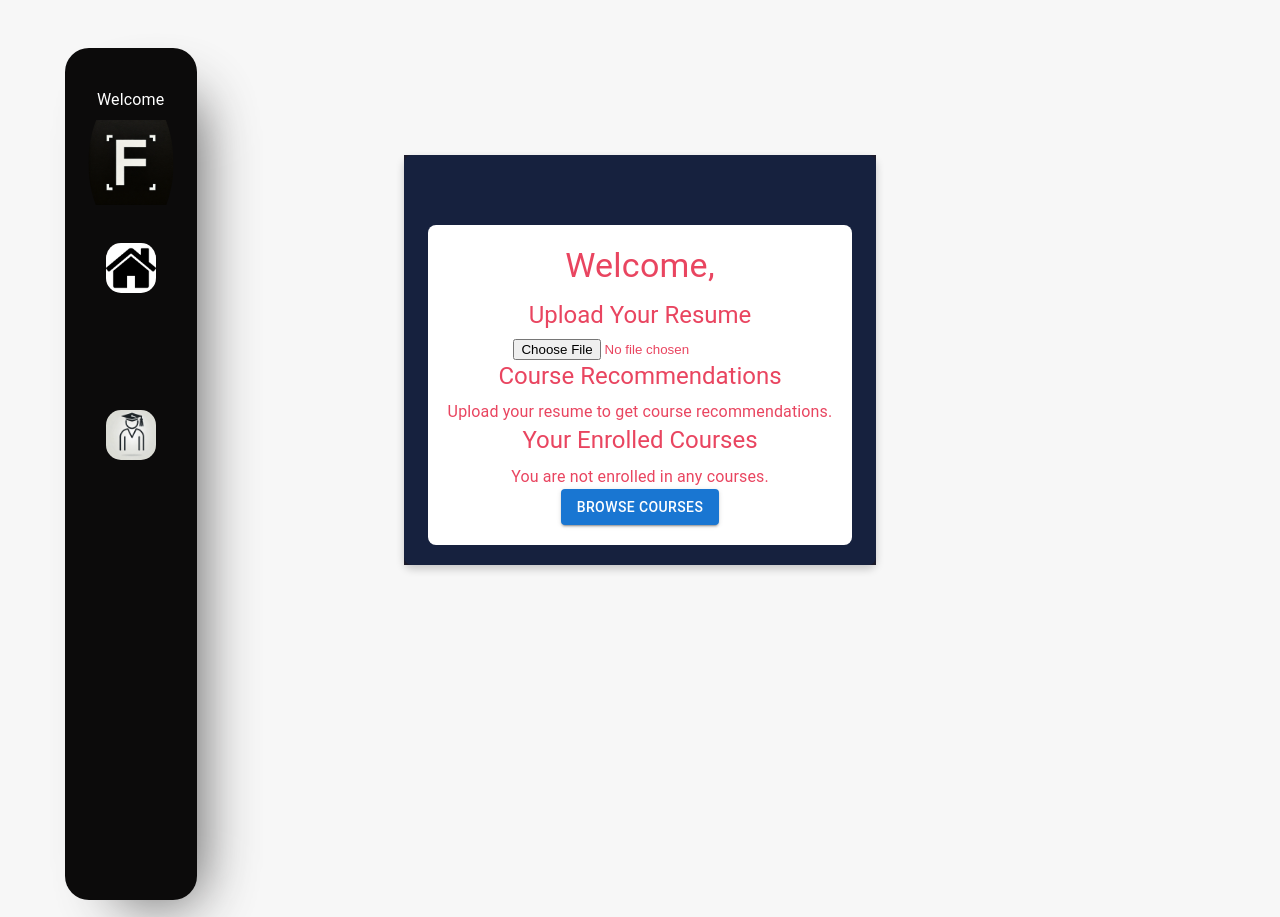
Repository: jvt2/OnlineCourseApp
Page: /dashboard
The author's editor kept a copy of each file at every save. The page is drawn from the files as they stood at one save, then again after the next save.
The browser window is 1280 px wide. The pictures show the whole page.
The page's requests for data from a server got no answer. The project was rebuilt for these pictures with package versions that can differ from the ones it lists, and the page was loaded fresh each time. No one was signed in, and anything a server would have sent is missing. Also part of the build but not shown: src/features/auth/Register.js, src/features/auth/Login.js, src/features/courses/ResumeUpload.js, src/features/courses/CourseRecommendations.js, src/components/common/MyModal.js, src/features/courses/CourseCatalog.js, src/features/courses/CourseDetail.js, src/components/common/Navbar.js and 3 more. Imported but missing from the stored project, and not drawn on this page: src/app/reportWebVitals.

Above is the page before, as saved 2024-07-15 10:21:24.

### src/index.js
import React from 'react';
import ReactDOM from 'react-dom/client';
import { Provider } from 'react-redux';
import store from './redux/store';
import './index.css';
import App from './app/App';
import reportWebVitals from './app/reportWebVitals';

const root = ReactDOM.createRoot(document.getElementById('root'));
root.render(
  <React.StrictMode>
    <App />
  </React.StrictMode>
);

// If you want to start measuring performance in your app, pass a function
// to log results (for example: reportWebVitals(console.log))
// or send to an analytics endpoint. Learn more: https://bit.ly/CRA-vitals
reportWebVitals();

### src/redux/store.js
// src/redux/store.js

import { configureStore } from '@reduxjs/toolkit';
import userReducer from './userReducer';

const store = configureStore({
  reducer: {
    user: userReducer,
  },
});

export default store;

### src/app/App.js
import { BrowserRouter as Router, Route, Routes } from 'react-router-dom';
import React, { useState } from 'react';
import logo from '../logo.svg';
import './App.css';
import Register from '../features/auth/Register';
import Login from '../features/auth/Login';
import CourseCatalog from '../features/courses/CourseCatalog';
import CourseDetail from '../features/courses/CourseDetail';
import UserDashboard from '../features/dashboard/Dashboard';
import Navbar from '../components/common/Navbar';
import { Provider } from 'react-redux';
import store from '../redux/store'; // import your Redux store here
import Logout from '../features/auth/Logout'; // Import the Logout component
import Chatbot from '../features/chatbot/Chatbot';
import CourseRecommendations from '../features/courses/CourseRecommendations';
import axios from 'axios';
import ResumeUpload from '../features/courses/ResumeUpload';
import LandingPage from '../components/common/LandingPage';

function App() {
  const [loggedIn, setLoggedIn] = useState(false);
  const [users, setUsers] = useState([]);
  const [currentUser, setCurrentUser] = useState(null);
  const [recommendations, setRecommendations] = useState([]);

  const handleResumeUpload = (newRecommendations) => {
    console.log('New Recommendations:', newRecommendations);
    setRecommendations(newRecommendations);
  };

  const [courses, setCourses] = useState([
    {id: 1, name: 'Course 1', description: 'This is course 1'},
    {id: 2, name: 'Course 2', description: 'This is course 2'}
  ]);

  const handleRegister = async (username, password) => {
    try {
      const response = await axios.post('http://localhost:3001/register', { username, password });
      alert(response.data.message);
      // Log in the new user if registration is successful
      handleLogin(username, password);
    } catch (error) {
      alert(error.response.data.message);
    }
  };

  const handleLogin = async (username, password) => {
    try {
      const response = await axios.post('http://localhost:3001/login', { username, password });
      localStorage.setItem('token', response.data.token);
      setLoggedIn(true);
      setCurrentUser({ username });
    } catch (error) {
      alert('Login failed. Please check your username and password.');
    }
  };

  const handleEnroll = async (course) => {
    try {
      const token = localStorage.getItem('token');
      await axios.post('http://localhost:3001/enroll', { courseId: course.id }, {
        headers: { 'Authorization': `Bearer ${token}` }
      });
      setEnrolledCourses([...enrolledCourses, course]);
    } catch (error) {
      console.error('Enrollment failed', error);
    }
  };

  const [enrolledCourses, setEnrolledCourses] = useState([]);
  const [isModalOpen, setIsModalOpen] = useState(false);

  const handleSelectRecommendation = (recommendation) => {
    const newCourse = {
      id: courses.length + 1,
      name: recommendation.text,
      description: 'This is a recommended course based on your resume.'
    };

    setCourses([...courses, newCourse]);
    setEnrolledCourses([...enrolledCourses, newCourse]);
    setIsModalOpen(false);
  };

  return (
    <Provider store={store}>
      <Router>
        <div className="App">
          <Routes>
            <Route path="/" element={<LandingPage />} />
            <Route path="/register" element={<Register />} />
            <Route path="/login" element={<Login />} />
            <Route path="/dashboard" element={<UserDashboard />} /> {/* Added this line */}
          </Routes>
        </div>
      </Router>
    </Provider>
  );
}

export default App;

### src/redux/userReducer.js
// src/redux/userReducer.js
// src/redux/userReducer.js
import { createSlice } from '@reduxjs/toolkit';

const initialState = {
  id: null,
  email: null,
  token: null,
};

const userSlice = createSlice({
  name: 'user',
  initialState,
  reducers: {
    logIn(state, action) {
      state.id = action.payload.id;
      state.email = action.payload.email;
      state.token = action.payload.token;
    },
    logOut(state) {
      state.id = null;
      state.email = null;
      state.token = null;
    },
  },
});

export const { logIn, logOut } = userSlice.actions;
export default userSlice.reducer;

### src/app/App.css
/* App.css */
:root {
  --primary-bg-color: #1E1E2F;
  --secondary-bg-color: #282840;
  --primary-text-color: #F5F5F5;
  --link-color: #61dafb;
  --accent-color: #FF6B6B;
  --navbar-height: 4rem;
  --content-padding: 20px;
  --border-radius: 8px;
  --transition-duration: 0.3s;
  --gradient-bg-color: linear-gradient(120deg, #84fab0 0%, #8fd3f4 100%);
}

.App {
  text-align: center;
  font-family: 'Arial', sans-serif;
  background-color: var(--primary-bg-color);
}

.App-logo {
  height: 40vmin;
  pointer-events: none;
  filter: drop-shadow(0 0 10px var(--accent-color));
}

.App-header {
  background-color: var(--secondary-bg-color);
  min-height: 100vh;
  display: flex;
  flex-direction: column;
  align-items: center;
  justify-content: center;
  font-size: calc(10px + 2vmin);
  color: var(--primary-text-color);
  border-bottom-left-radius: var(--border-radius);
  border-bottom-right-radius: var(--border-radius);
}

.App-link {
  color: var(--link-color);
  transition: color var(--transition-duration);
}

.App-link:hover {
  color: var(--accent-color);
}

@media (prefers-reduced-motion: no-preference) {
  .App-logo {
    animation: App-logo-spin infinite 20s linear;
  }
}

@keyframes App-logo-spin {
  from {
    transform: rotate(0deg);
  }
  to {
    transform: rotate(360deg);
  }
}

.site-navbar {
  display: flex;
  align-items: center;
  background: var(--gradient-bg-color);
  padding: 10px 20px;
  height: var(--navbar-height);
  font-weight: 500;
  box-shadow: 0 4px 6px rgba(0, 0, 0, 0.1);
}

.navbar-nav {
  display: flex;
  align-items: center;
  list-style: none;
  margin: 0;
  padding: 0;
  flex-grow: 1;
  justify-content: center;
}

.nav-item {
  display: flex;
  align-items: center;
  justify-content: center;
  text-decoration: none;
  color: var(--primary-text-color);
  padding: 15px 25px;
  transition: all 0.3s ease-in-out;
  border-radius: var(--border-radius);
  position: relative;
}

.nav-item:before {
  content: '';
  position: absolute;
  top: 0;
  left: 0;
  width: 0;
  height: 100%;
  background: var(--accent-color);
  border-radius: var(--border-radius);
  transition: width 0.3s ease-in-out;
  z-index: -1;
}

.nav-item:hover:before {
  width: 100%;
}

.nav-item:hover {
  color: var(--secondary-bg-color);
  box-shadow: 0 4px 8px rgba(0, 0, 0, 0.2);
  text-decoration: none;
}

.navbar-brand {
  margin-right: auto;
  color: var(--primary-text-color);
  font-size: 1.5em;
  font-weight: bold;
}

.App-content {
  padding: var(--content-padding);
  color: var(--primary-text-color);
}

.App-footer {
  text-align: center;
  padding: var(--content-padding);
  background-color: var(--secondary-bg-color);
  color: var(--primary-text-color);
  box-shadow: 0 -4px 6px rgba(0, 0, 0, 0.1);
}

.course-recommendations {
  width: 80%;
  margin: auto;
  background: #f9f9f9;
  padding: 20px;
  border-radius: 5px;
  box-shadow: 0px 0px 10px rgba(0, 0, 0, 0.1);
}

.course-recommendations h2 {
  text-align: center;
  color: #333;
}

.course-recommendations .course {
  padding: 10px 0;
  border-bottom: 1px solid #eee;
}

.course-recommendations .course:last-child {
  border-bottom: none;
}

.course-recommendations .course button {
  margin-left: 10px;
}

body {
  background-color: #1a1a2e;
  color: #e94560;
}

.MuiContainer-root {
  background-color: #16213e;
  border-radius: 8px;
  padding: 20px;
  box-shadow: 0 4px 8px rgba(0, 0, 0, 0.2);
}

.customTextField .MuiInputBase-input {
  color: #fff;
  background-color: rgba(255, 255, 255, 0.1);
}

.customTextField .MuiInputLabel-root {
  color: rgba(255, 255, 255, 0.7);
}

.customTextField .MuiInputLabel-root.Mui-focused {
  color: #fff;
}

.customTextField .MuiOutlinedInput-root {
  &.Mui-focused .MuiOutlinedInput-notchedOutline {
    border-color: #fff;
  }
  & .MuiOutlinedInput-notchedOutline {
    border-color: rgba(255, 255, 255, 0.5);
  }
}

### src/features/dashboard/Dashboard.js
// src/features/dashboard/Dashboard.js
import React, { useEffect, useState } from 'react';
import axios from 'axios';
import { useSelector } from 'react-redux';
import { Container, Typography, Button, Box, List, ListItem, ListItemText } from '@mui/material';
import { useNavigate } from 'react-router-dom';
import './Dashboard.css'; // Correct import for CSS

function Dashboard() {
  const [enrolledCourses, setEnrolledCourses] = useState([]);
  const [recommendations, setRecommendations] = useState([]);
  const token = useSelector(state => state.user.token);
  const userId = useSelector(state => state.user.id);
  const userEmail = useSelector(state => state.user.email);
  const navigate = useNavigate();

  useEffect(() => {
    const fetchEnrolledCourses = async () => {
      try {
        const response = await axios.get(`http://localhost:3001/user/${userId}/courses`, {
          headers: { Authorization: `Bearer ${token}` }
        });
        setEnrolledCourses(response.data);
      } catch (error) {
        console.error('Error fetching enrolled courses:', error);
      }
    };

    const fetchRecommendations = async () => {
      try {
        const response = await axios.get(`http://localhost:3001/user/${userId}/recommendations`, {
          headers: { Authorization: `Bearer ${token}` }
        });
        setRecommendations(response.data);
      } catch (error) {
        console.error('Error fetching recommendations:', error);
      }
    };

    fetchEnrolledCourses();
    fetchRecommendations();
  }, [userId, token]);

  const handleResumeUpload = async (event) => {
    const formData = new FormData();
    formData.append('resume', event.target.files[0]);

    try {
      const response = await axios.post('http://localhost:3001/uploadResume', formData, {
        headers: {
          'Content-Type': 'multipart/form-data',
          Authorization: `Bearer ${token}`,
        },
      });
      setRecommendations(response.data.recommendations);
    } catch (error) {
      console.error('Error uploading resume:', error);
    }
  };

  return (
    <Container component="main" maxWidth="md">
      <Box className="sidebar">
        <div className="sidebar-blur"></div>
        <div className="sidebar-main">
          <Typography className="sidebar-logo">Welcome</Typography>
          <div className="sidebar-icon icon-home"></div>
          <div className="sidebar-icon icon-graduation"></div>
          <div className="sidebar-icon icon-user"></div>
          <div className="sidebar-icon icon-message"></div>
          <div className="sidebar-icon icon-settings"></div>
          <div className="sidebar-icon icon-logout"></div>
        </div>
      </Box>
      <Box className="dashboard-container">
        <Typography className="dashboard-header" variant="h4" gutterBottom>
          Welcome, {userEmail}
        </Typography>
        <Box className="upload-container">
          <Typography variant="h5" gutterBottom>
            Upload Your Resume
          </Typography>
          <input type="file" onChange={handleResumeUpload} accept=".pdf,.doc,.docx,.txt" />
        </Box>
        <Box className="recommendations-container">
          <Typography variant="h5" gutterBottom>
            Course Recommendations
          </Typography>
          {recommendations.length > 0 ? (
            <List>
              {recommendations.map((rec, index) => (
                <ListItem key={index}>
                  <ListItemText primary={rec.title} secondary={rec.description} />
                </ListItem>
              ))}
            </List>
          ) : (
            <Typography variant="body1">Upload your resume to get course recommendations.</Typography>
          )}
        </Box>
        <Box className="enrolled-courses-container">
          <Typography variant="h5" gutterBottom>
            Your Enrolled Courses
          </Typography>
          {enrolledCourses.length > 0 ? (
            <List>
              {enrolledCourses.map(course => (
                <ListItem key={course.id}>
                  <ListItemText primary={course.name} />
                </ListItem>
              ))}
            </List>
          ) : (
            <Typography variant="body1">You are not enrolled in any courses.</Typography>
          )}
        </Box>
        <Box className="button-container">
          <Button variant="contained" color="primary" onClick={() => navigate('/courses')}>
            Browse Courses
          </Button>
        </Box>
      </Box>
    </Container>


  );
}

export default Dashboard;

### src/features/auth/Logout.js
// Logout.js
import { useEffect } from 'react';
import { useDispatch } from 'react-redux';
import { useNavigate } from 'react-router-dom';
import { logOut } from '../../redux/reducers/userslice'; // Import the logOut action

function Logout() {
  const navigate = useNavigate();
  const dispatch = useDispatch();

  useEffect(() => {
    localStorage.removeItem('token'); // Remove the token from local storage
    dispatch(logOut()); // Dispatch the logOut action
    navigate('/login'); // Navigate to the login page
  }, [dispatch, navigate]);

  return null;
}

export default Logout;

### src/components/common/LandingPage.css
body {
    display: flex;
    justify-content: center;
    align-items: center;
    height: 100vh;
    background-color: #f7f7f7;
    margin: 0;
    font-family: 'Roboto', sans-serif;
  }

  .sign-in-container {
    display: flex;
    justify-content: center;
    align-items: center;
    height: 100%;
    width: 100%;
  }

  .sign-in-form {
    background-color: white;
    padding: 60px;
    border-radius: 10px;
    box-shadow: 0 4px 8px rgba(0, 0, 0, 0.1);
    text-align: center;
    max-width: 600px;
    width: 90%;
  }

  .logo {
    width: 200px;
    height: 200px;
    margin-bottom: 30px;
    background-color: white;
    border-radius: 10px;
  }

  h1 {
    margin: 0;
    font-size: 32px;
    font-weight: 700;
  }

  .subtitle {
    margin: 10px 0;
    color: #555;
    font-size: 18px;
  }

  .google-sign-in {
    background-color: #ffffff;
    color: #000;
    border: 1px solid #ccc;
    padding: 15px;
    width: 100%;
    border-radius: 5px;
    margin-bottom: 30px;
    display: flex;
    justify-content: center;
    align-items: center;
    cursor: pointer;
    font-size: 18px;
    font-weight: 500;
    transition: background-color 0.3s;
  }

  .google-sign-in:hover {
    background-color: #f0f0f0;
  }

  .google-logo {
    width: 25px;
    margin-right: 10px;
  }

  .separator {
    display: flex;
    align-items: center;
    text-align: center;
    margin: 30px 0;
    color: #aaa;
    font-size: 18px;
  }

  .separator::before,
  .separator::after {
    content: '';
    flex: 1;
    border-bottom: 1px solid #ccc;
  }

  .separator:not(:empty)::before {
    margin-right: .5em;
  }

  .separator:not(:empty)::after {
    margin-left: .5em;
  }

  .email-input,
  .password-input {
    width: 100%;
    padding: 15px;
    margin-bottom: 30px;
    border: 1px solid #ccc;
    border-radius: 5px;
    font-size: 18px;
    transition: border-color 0.3s;
  }

  .email-input:focus,
  .password-input:focus {
    border-color: #007bff;
    outline: none;
  }

  .continue-button {
    background-color: #9b51e0;
    color: white;
    border: none;
    padding: 15px;
    width: 100%;
    border-radius: 5px;
    font-size: 18px;
    font-weight: 500;
    cursor: pointer;
    transition: background-color 0.3s;
    margin-bottom: 10px; /* Add margin to separate the buttons */
  }

  .continue-button:hover {
    background-color: #7a3bc0;
  }

  .email-error {
    color: red;
    margin-top: 10px;
    font-size: 14px;
  }


  .back-button {
    background-color: #ccc;
    color: white;
    border: none;
    padding: 15px;
    width: 100%;
    border-radius: 5px;
    font-size: 18px;
    font-weight: 500;
    cursor: pointer;
    transition: background-color 0.3s;
    margin-bottom: 10px; /* Add margin to separate the buttons */
  }

  .back-button:hover {
    background-color: #aaa;
  }

  .sign-up-link {
    margin-top: 30px;
    color: #aaa;
    font-size: 18px;
  }

  .sign-up-link a {
    color: #9b51e0;
    text-decoration: none;
  }

  .sign-up-link a:hover {
    text-decoration: underline;
  }

### src/features/dashboard/Dashboard.css
/* Dashboard CSS */

/* General styles for the dashboard */
.dashboard-container {
    background: #FFFFFF;
    padding: 20px;
    border-radius: 8px;
    margin-top: 50px;
    text-align: center;
  }

  /* Sidebar styles */
  .sidebar {
    position: absolute;
    width: 132px;
    height: 853.12px;
    left: 32.34px;
    top: 24.02px;
    display: flex;
    flex-direction: column;
    align-items: center;
    justify-content: space-around; /* Evenly distribute space around the items */
    padding: 20px 0;
  }

  .sidebar-blur {
    position: absolute;
    width: 81.01px;
    height: 804px;
    left: 83.32px;
    top: 73.14px;
    background: #0C0B0B;
    opacity: 0.7;
    filter: blur(30px);
    border-radius: 24px;
  }

  .sidebar-main {
    position: absolute;
    width: 132px;
    height: 852px;
    left: 32.34px;
    top: 24.02px;
    background: #0C0B0B;
    border-radius: 24px;
  }

  .sidebar-logo {
    position: absolute;
    width: 85px;
    height: 150px;
    left: 74.46px;
    top: 39.67px;
    font-family: 'Baloo Bhai';
    font-style: normal;
    -webkit-text-fill-color: #FFFFFF;
    font-weight: 400;
    font-size: 64px;
    line-height: 102px;
    background-image: url('/public/assets/F_icon.png');
    background-size: contain;
    background-position: center;
    background-repeat: no-repeat;
    border-radius: 70%;
    position: absolute;
    left: 50%;
    transform: translateX(-50%);
    margin-bottom: 40px; /* Adjust as needed */
  }

  .sidebar-icon {
    position: absolute;
    width: 26px;
    height: 26px;
    left: 85.15px;
    margin-bottom: 30px; /* Adjust as needed */
  }

  .sidebar-icon.icon-home {
    width: 50px;
    height: 50px;
    background-image: url('/public/assets/home-icon-1.png');
    border-radius: 30%;
    position: absolute;
    left: 50%;
    transform: translateX(-50%);
    background-size: contain;
    background-repeat: no-repeat;
    top:22.84%;
  }

  .icon-graduation {
    top: 32.84%;
    background-position: center;
  }

  .icon-user {
    top: 42.46%;
    width: 50px;
    height: 50px;
    background-position: center;
    background-image: url('/public/assets/enrolled_.png');
    border-radius: 30%;
    position: absolute;
    left: 50%;
    transform: translateX(-50%);
    background-size: contain;
    background-repeat: no-repeat;
  }

  .icon-message {
    top: 52.44%;
    background-position: center;
  }

  .icon-settings {
    top: 62.11%;
  }

  .icon-logout {
    top: 89.95%;
    background-position: center;
  }

  .icon-background {
    background: #FFFFFF;
    background-position: center;
  }

### src/redux/reducers/userslice.js
import { createSlice } from '@reduxjs/toolkit';

const userSlice = createSlice({
  name: 'user',
  initialState: { name: '', loggedIn: false },
  reducers: {
    logIn: (state, action) => {
      state.name = action.payload.name;
      state.loggedIn = true;
    },
    logOut: (state) => {
      state.name = '';
      state.loggedIn = false;
    }
  }
});

export const { logIn, logOut } = userSlice.actions;
export default userSlice.reducer;

Loaded but not shown: public/index.html (common file); src/index.css (common file)

After the next save:
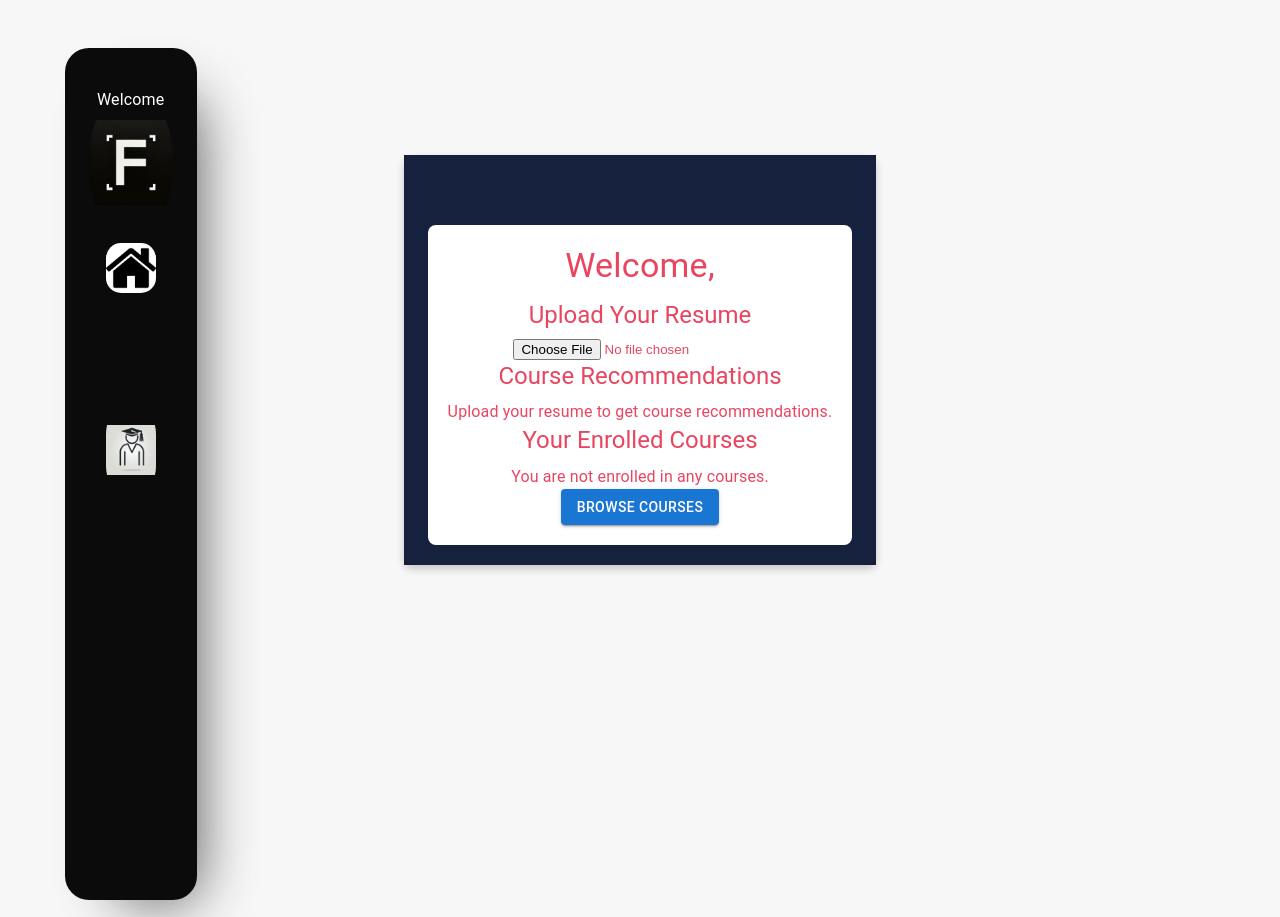
Saved 8 s later.
--- a/src/features/dashboard/Dashboard.css
+++ b/src/features/dashboard/Dashboard.css
@@ -97,7 +97,7 @@
   .icon-user {
     top: 42.46%;
     width: 50px;
-    height: 50px;
+    height: 80px;
     background-position: center;
     background-image: url('/public/assets/enrolled_.png');
     border-radius: 30%;
